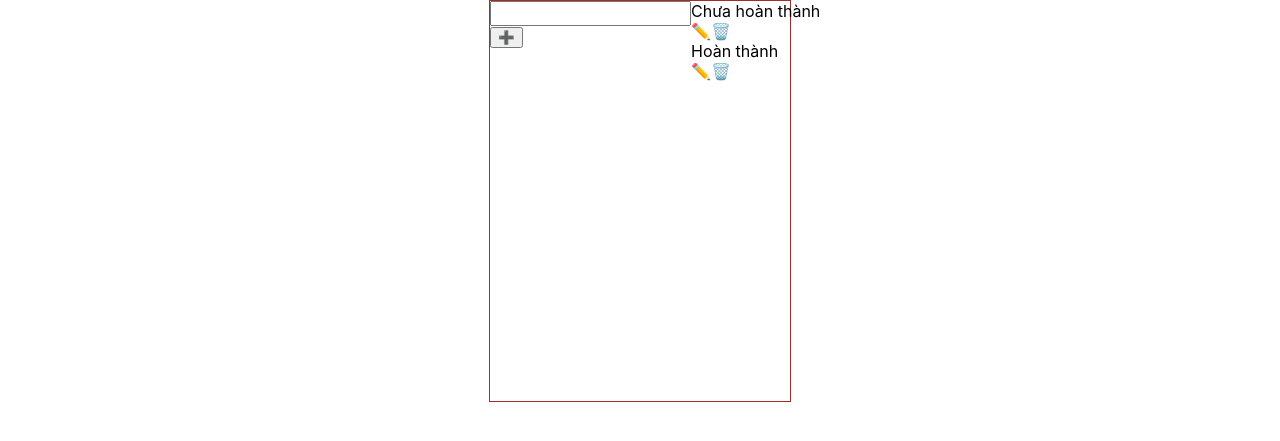
Repository: ChauVanLoc/TodoList-Reactjs
Page: / (app in todo-app/)
These files come from the project's save history. The page is drawn as it stood at one moment and after the next save; the edit follows.
The browser window is 1280 px wide. The pictures show the whole page.
The project was rebuilt for these pictures with package versions that can differ from the ones it lists, and the page was loaded fresh each time.

Above is the page before, as saved 2022-12-04 19:16:00.

### todo-app/src/index.tsx
import React from "react";
import ReactDOM from "react-dom/client";
import TodoList from "./components/TodoList/TodoList";
import "./index.css";
import reportWebVitals from "./reportWebVitals";

const root = ReactDOM.createRoot(
  document.getElementById("root") as HTMLElement
);
root.render(
  <React.StrictMode>
    <TodoList />
  </React.StrictMode>
);

// If you want to start measuring performance in your app, pass a function
// to log results (for example: reportWebVitals(console.log))
// or send to an analytics endpoint. Learn more: https://bit.ly/CRA-vitals
reportWebVitals();

### todo-app/src/components/TodoList/TodoList.tsx
import React from "react";
import TaskInput from "../TaskInput/TaskInput";
import TaskList from "../TaskList/TaskList";
import TodoStyle from "./TodoListStyle.module.scss";

type Props = {};

function TodoList({}: Props) {
  return (
    <div className={TodoStyle["container"]}>
      <TaskInput />
      <div>
        <TaskList title="Chưa hoàn thành" />
        <TaskList title="Hoàn thành" />
      </div>
    </div>
  );
}

export default TodoList;

### todo-app/src/components/TaskInput/TaskInput.tsx
import React from "react";
import taskInputStyled from "./TaskInputStyle.module.scss";
type Props = {};

function TaskInput({}: Props) {
  return (
    <div className={taskInputStyled["wrapTaskInput"]}>
      <input type="text" name="keySearch" id="" />
      <button>➕</button>
    </div>
  );
}

export default TaskInput;

### todo-app/src/components/TaskList/TaskList.tsx
import React from "react";
import taskListStyled from "./TaskListStyle.module.scss";
type Props = {
  title: string;
  // content;
};

function TaskList({ title }: Props) {
  return (
    <div className={taskListStyled["content"]}>
      <div className={taskListStyled["title"]}>{title}</div>
      <div className={taskListStyled["wrapContent"]}>
        <div className={taskListStyled["row"]}>
          <div>
            <span></span>
          </div>
          <div className={taskListStyled["toolBox"]}>
            <span>✏️</span>
            <span>🗑️</span>
          </div>
        </div>
      </div>
    </div>
  );
}

export default TaskList;

### todo-app/src/components/TodoList/TodoListStyle.module.scss
.container {
  width: 300px;
  height: 400px;
  margin-left: auto;
  margin-right: auto;
  border: 1px solid brown;
  display: flex;
  justify-content: space-center;
}

### todo-app/src/components/TaskInput/TaskInputStyle.module.scss
.wrapTaskInput {
  width: 240px;
  height: auto;
  margin-left: auto;
  margin-right: auto;
  input {
    padding: 3px 10px;
    outline: none;
    text-align: left;
  }
  button {
    text-align: right;
  }
}

### todo-app/src/components/TaskList/TaskListStyle.module.scss
.content {
  width: 300px;
  height: auto;
  .title {
  }
  .wrapContent {
    .row {
    }
  }
}

Loaded but not shown: todo-app/public/index.html (common file); todo-app/src/index.css (common file); todo-app/src/reportWebVitals.ts (common file)

After the next save:
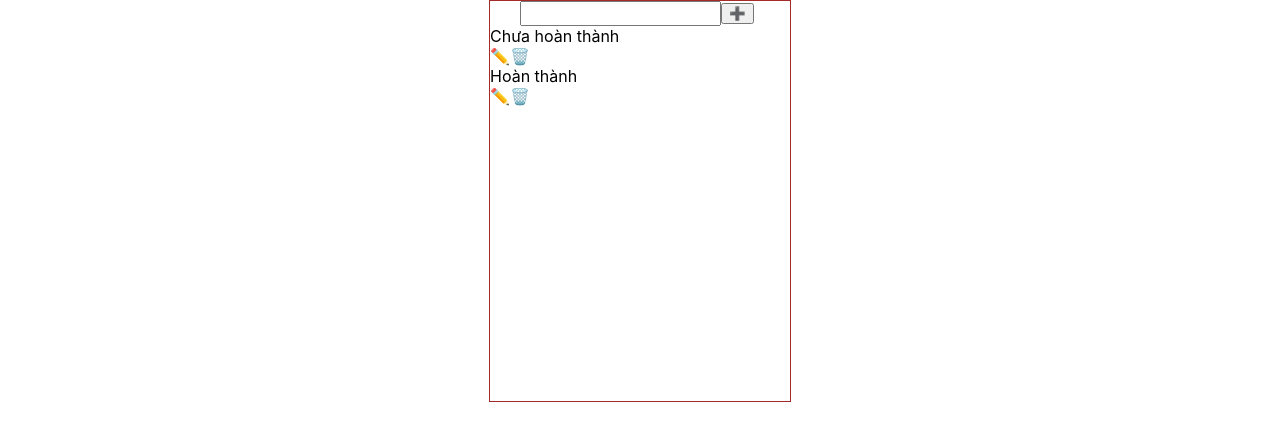
Saved 46 s later.
--- a/todo-app/src/components/TodoList/TodoListStyle.module.scss
+++ b/todo-app/src/components/TodoList/TodoListStyle.module.scss
@@ -4,6 +4,4 @@
   margin-left: auto;
   margin-right: auto;
   border: 1px solid brown;
-  display: flex;
-  justify-content: space-center;
 }
